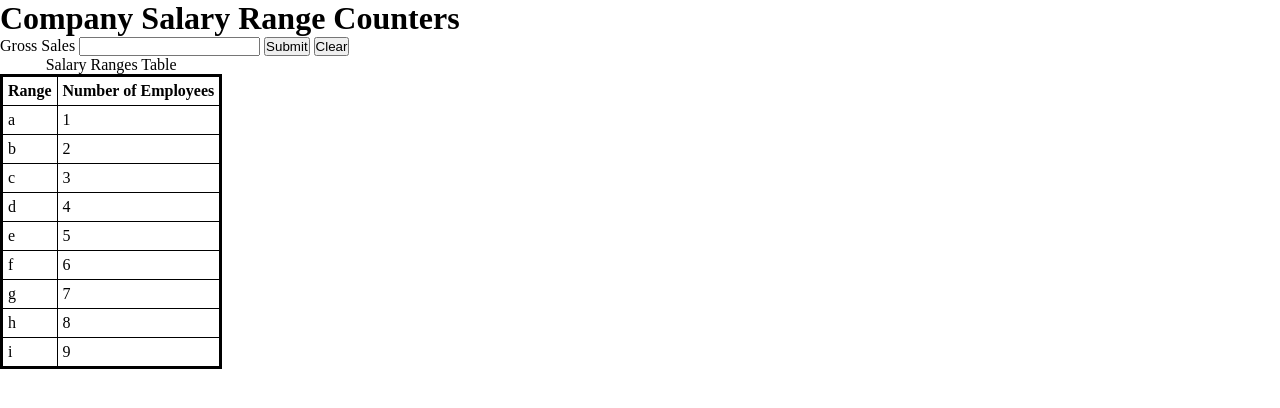
Repository: mlmEFSC21/P17-Sales-Commision
Page: sales.html
These files come from the project's save history. The page is drawn as it stood at one moment and after the next save; the edit follows.
The browser window is 1280 px wide. The pictures show the whole page.

Above is the page before, as saved 2022-04-01 06:33:43.

After the next save:
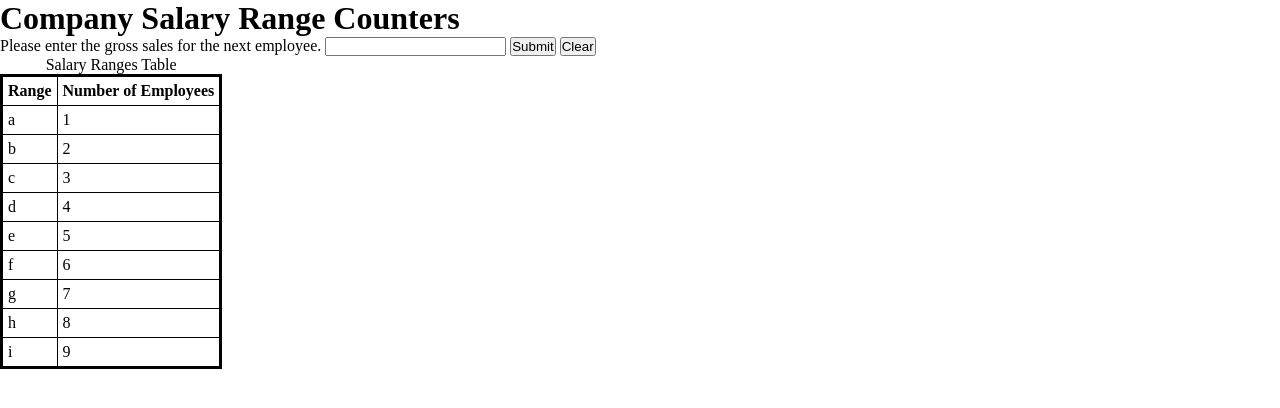
Saved 11 h 38 min later.
--- a/sales.html
+++ b/sales.html
@@ -15,7 +15,9 @@
         <section>
             <div class="formContainer" id="formContainer">
                 <form action="/" method="get">
-                    <label for="grossSales">Gross Sales</label>
+                    <label for="grossSales"
+                        >Please enter the gross sales for the next employee.</label
+                    >
                     <input
                         type="text"
                         name="grossSales"
